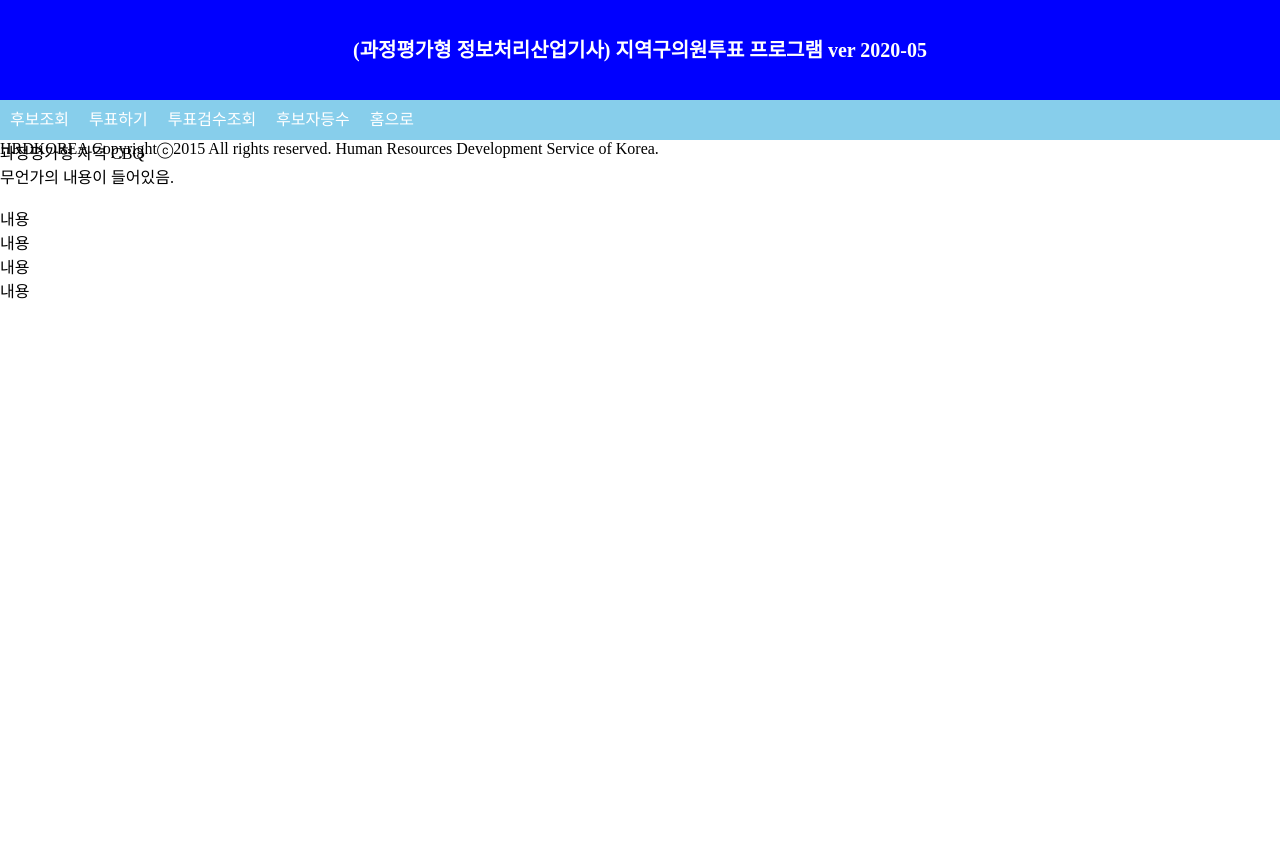
Repository: kayeunae/mvc-pattern
Page: http://localhost/VOTE_1234/
These files come from the project's save history. The page is drawn as it stood at one moment and after the next save; the edit follows.
The browser window is 1280 px wide. The pictures show the whole page.
The page is served by Tomcat 9. Other server files are loaded and not shown.

Above is the page before, as saved 2022-12-21 05:15:08.

### VOTE_1234/src/main/webapp/index.jsp
<%@ page language="java" contentType="text/html; charset=UTF-8"
    pageEncoding="UTF-8"%>
<!DOCTYPE html>
<html>
<head>
<meta charset="UTF-8">
<title>Insert title here</title>
<link rel="stylesheet" href="style.css">
</head>
<body>
	<%@ include file="topmenu.jsp" %>
	<section>
		<p>과정평가형 자격 CBQ</p>
		<span>무언가의 내용이 들어있음.</span> <br />
		<br />
		<ul>
			<li>내용</li>
			<li>내용</li>
			<li>내용</li>
			<li>내용</li>
		</ul>
	</section>
	<%@ include file="footer.jsp" %>
</body>
</html>

### VOTE_1234/src/main/webapp/topmenu.jsp
<%@ page language="java" contentType="text/html; charset=UTF-8"
    pageEncoding="UTF-8"%>
<!DOCTYPE html>
<html>
<head>
<meta charset="UTF-8">
<title>Insert title here</title>
</head>
<body>
	<header>(과정평가형 정보처리산업기사) 지역구의원투표 프로그램 ver 2020-05</header>
	<nav>
		<ul>
			<li><a href="member">후보조회</a></li>
			<li><a href="vote">투표하기</a></li>
			<li><a href="view">투표검수조회</a></li>
			<li><a href="result">후보자등수</a></li>
			<li><a href="home">홈으로</a></li>
		</ul>
	</nav>
</body>
</html>

### VOTE_1234/src/main/webapp/footer.jsp
<%@ page language="java" contentType="text/html; charset=UTF-8"
    pageEncoding="UTF-8"%>
<!DOCTYPE html>
<html>
<head>
<meta charset="UTF-8">
<title>Insert title here</title>
</head>
<body>
	<footer>
	HRDKOREA Copyrightⓒ2015 All rights reserved. Human Resources Development Service of Korea.
	</footer>

</body>
</html>

### VOTE_1234/src/main/webapp/style.css
@charset "UTF-8";

/*초기화 코드*/
* {
margin: 0;
padding: 0;
}

/*topmenu.jsp*/
header {
	top: 0;
	height: 100px;
	line-height: 100px;
	width: 100%;
	background: blue;
	text-align: center;
	font-size: 20px;
	font-weight: 900;
	color: white;
}

nav ul {
	height: 40px;
	line-height: 40px;
	width: 100%;
	background: skyblue;
	overflow: hidden;
}

nav ul li {
	list-style: none;
	float: left;
	padding: 0 10px;
}

a {
	text-decoration: none;
	color: white;
}

/* index.jsp */
section {
	position: absolute;
	overflow: auto;
	width: 100%;
	height:100%;
	background: ligthgrey;
}

/* footer.jsp */
footer {
	bottom: 0;
}

After the next save:
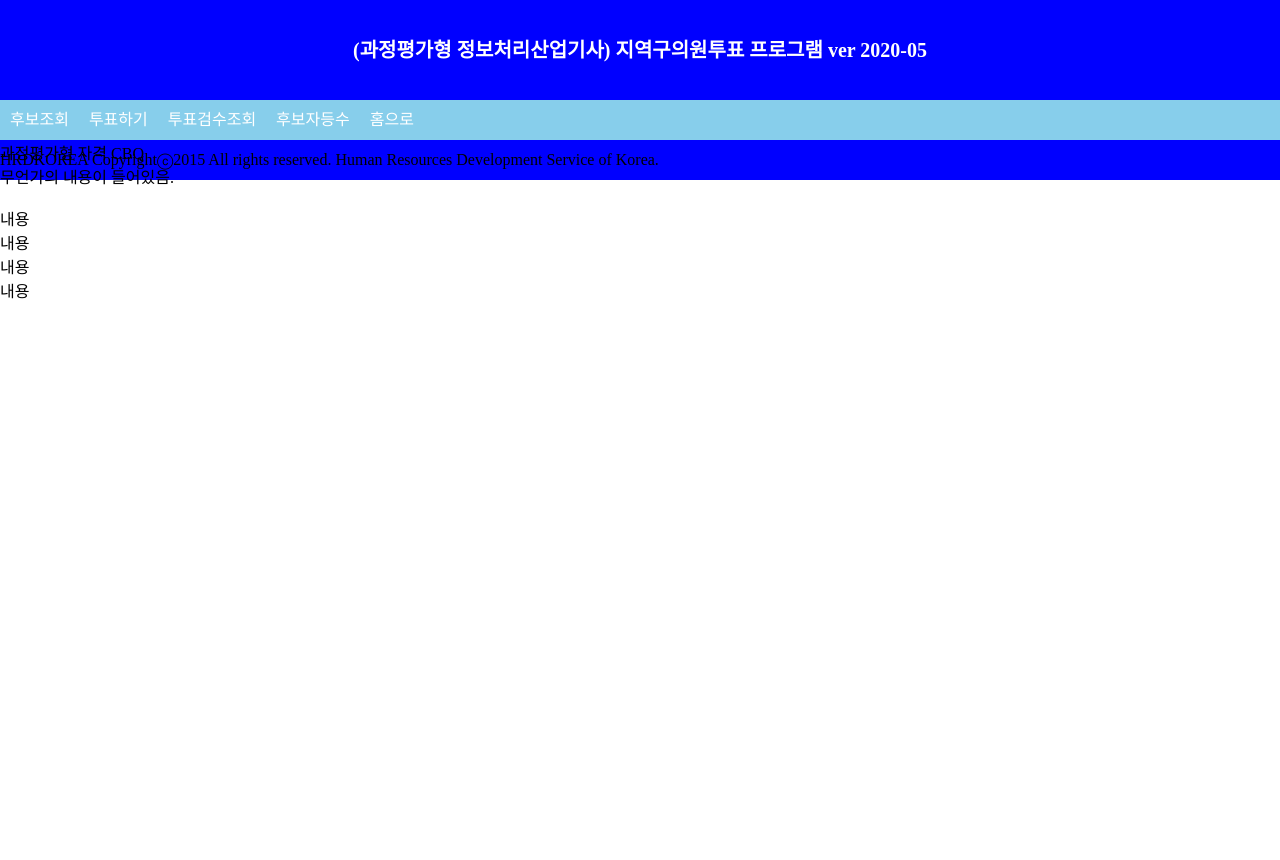
Saved 38 s later.
--- a/VOTE_1234/src/main/webapp/style.css
+++ b/VOTE_1234/src/main/webapp/style.css
@@ -50,4 +50,7 @@
 /* footer.jsp */
 footer {
 	bottom: 0;
+	height: 40px;
+	line-height: 40px;
+	background: blue;
 }
